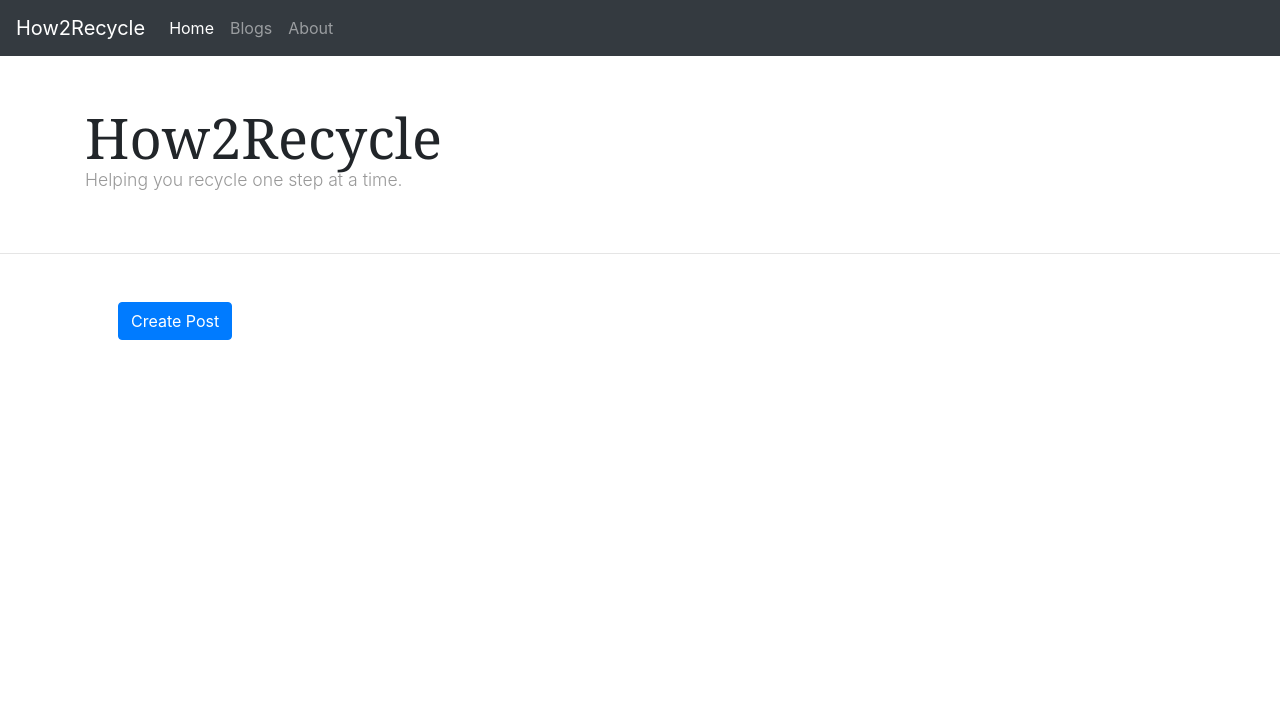
Repository: AshokSasi/CopyNPasta-Recycle-App
Page: http://localhost/posts/index
An editor plug-in stored every save of this project. The page is shown before and after the next save, followed by the edit.
The browser window is 1280 px wide. The pictures show the whole page.
The page is served by the project's Laravel application, run on PHP 8.4 with Laravel 8. Queries for data that is not in the repository find no rows.

Above is the page before, as saved 2021-09-25 15:42:27.

After the next save:
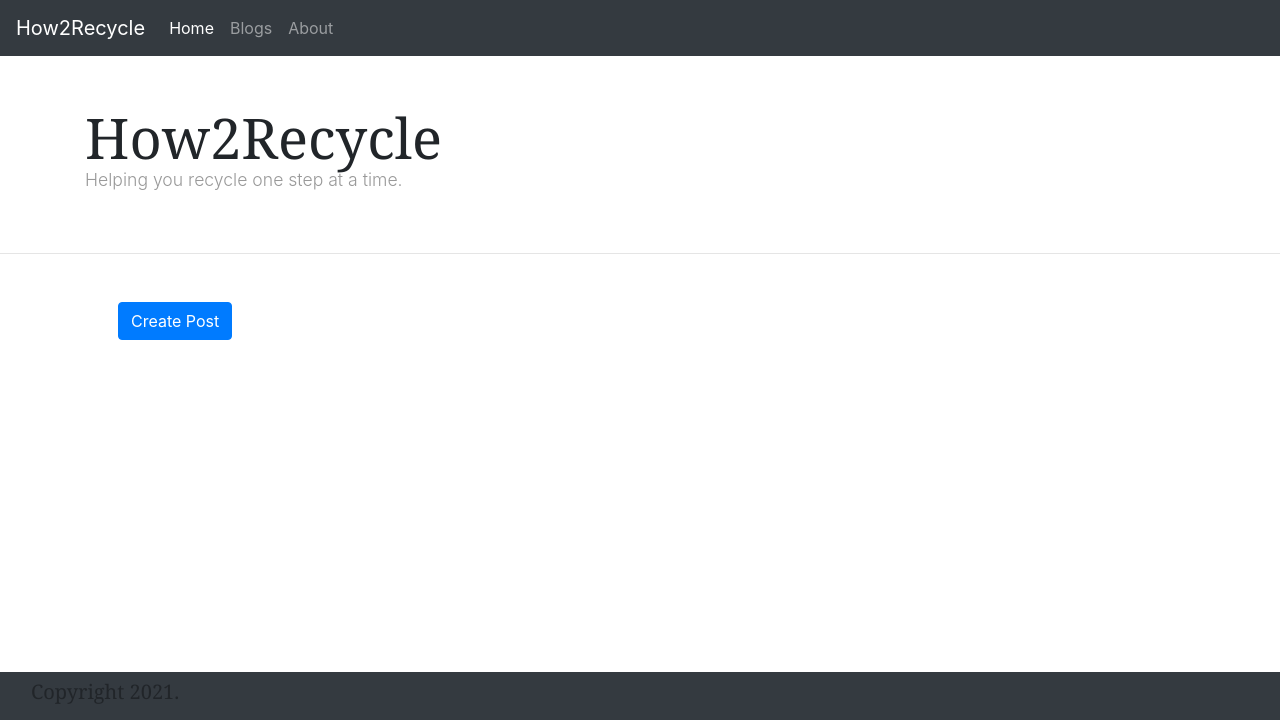
Saved 27 s later.
--- a/resources/views/layouts/footer.blade.php
+++ b/resources/views/layouts/footer.blade.php
@@ -1,7 +1,5 @@
-<footer>
-  <nav class="navbar fixed-bottom navbar-dark">
-    <div class="container-fluid">
-
-    </div>
-  </nav>
-</footer>
+<nav class="navbar fixed-bottom navbar-dark bg-dark footer">
+  <div class="container-fluid ">
+    <h5 class = "greenText"><i class="far fa-copyright fa-lg"></i> Copyright 2021.</h5>
+  </div>
+</nav>
